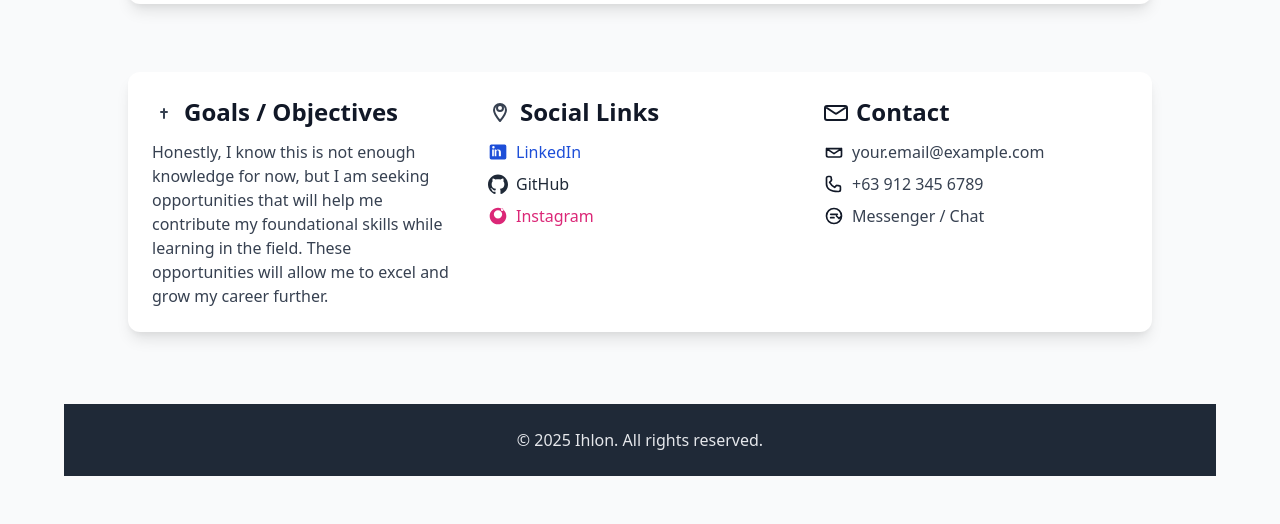
Repository: MeekSharkdev/cv-portfolio
Page: index.html
These files come from the project's save history. The page is drawn as it stood at one moment and after a run of saves; the edit follows.
The browser window is 1280 px wide. The pictures show the part of the page from y = 2196 to 2720 px (the page is 2720 px tall before and 2704 px after).
A picture or video elsewhere on the page could not be fetched, so the positions and the page height are approximate.

Above is the page before, as saved 2026-01-31 16:35:11.
Not found: styles.css

After the next 3 saves:
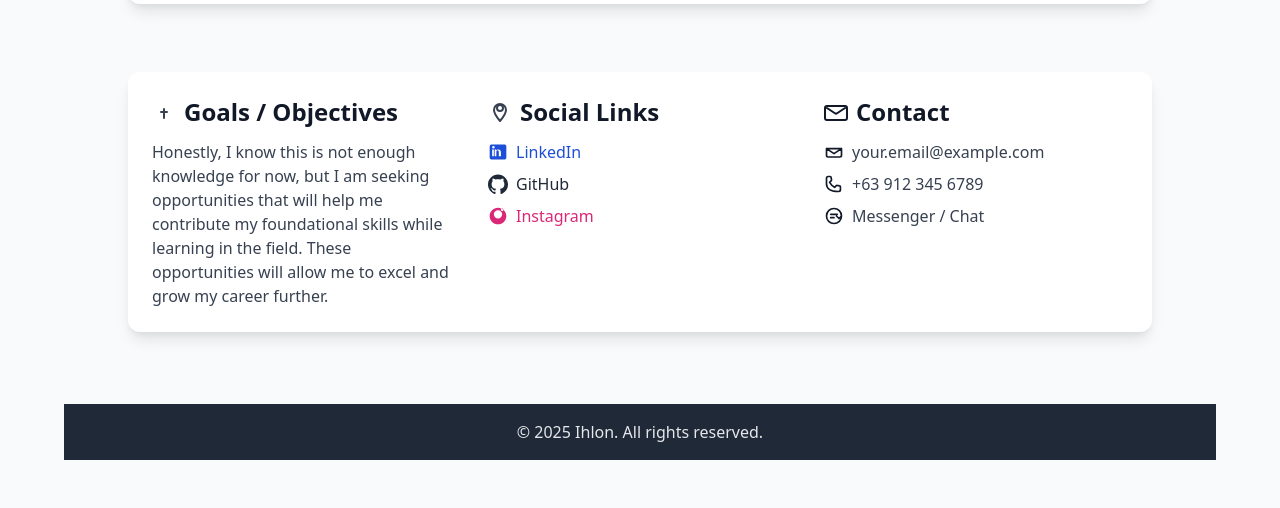
The 3 saves are shown as one change because they came seconds apart.
The last was saved 2 min 6 s later.
--- a/index.html
+++ b/index.html
@@ -478,12 +478,14 @@
 </style>
 
 <!-- Footer Section -->
-<footer class="bg-gray-800 text-gray-200 py-6 mt-12">
-    <div class="max-w-6xl mx-auto text-center">
+<!-- Footer Section -->
+<footer class="bg-gray-800 text-gray-200 py-4 mt-12 w-full">
+    <div class="text-center">
         &copy; 2025 Ihlon. All rights reserved.
     </div>
 </footer>
 
+
 </body>
 
 </html>
